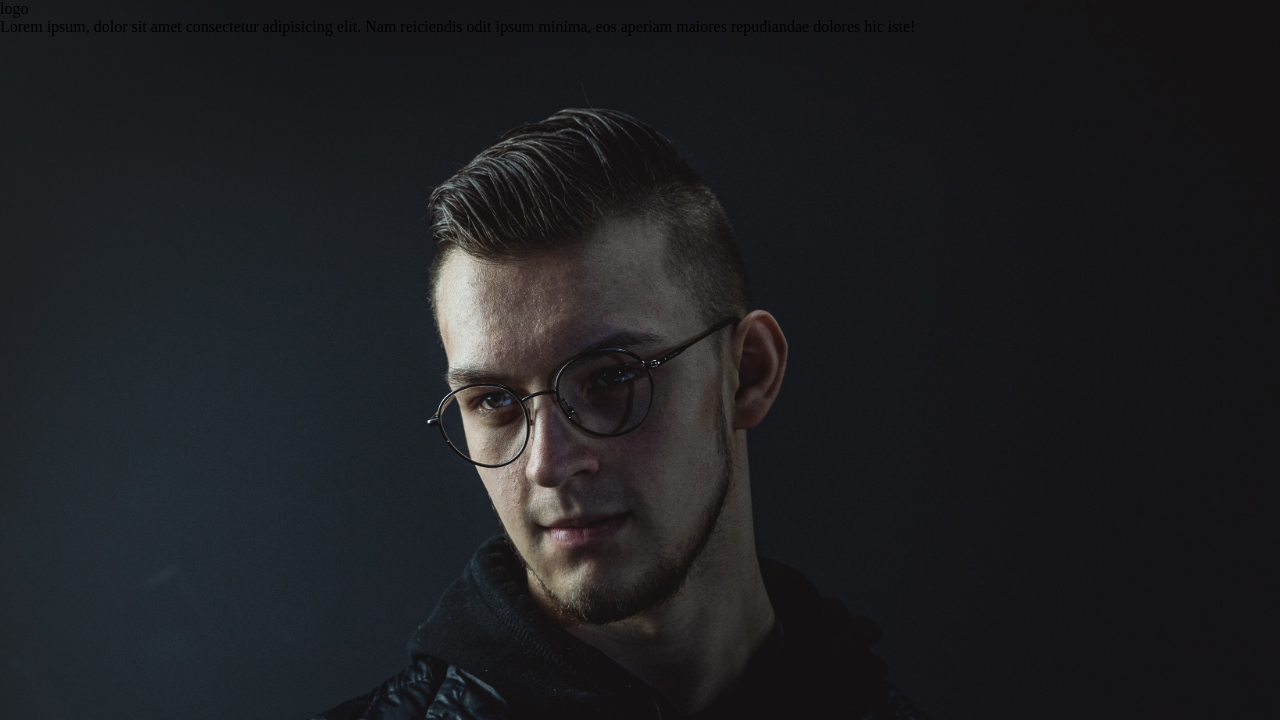
Repository: linco6054/simple-html
Page: index.html
These files come from the project's save history. The page is drawn as it stood at one moment and after the next save; the edit follows.
The browser window is 1280 px wide. The pictures show the whole page.

Above is the page before, as saved 2021-08-16 15:33:36.

### index.html
<!DOCTYPE html>
<html lang="en">
  <head>
    <meta charset="UTF-8" />
    <meta http-equiv="X-UA-Compatible" content="IE=edge" />
    <meta name="viewport" content="width=device-width, initial-scale=1.0" />
    <link rel="stylesheet" href="style.css" />
    <title>Lincoln</title>
  </head>
  <body>
    <section class="sec1">
      <nav>
        <span>logo</span>
        <ul></ul>
      </nav>
      <p>
        Lorem ipsum, dolor sit amet consectetur adipisicing elit. Nam reiciendis
        odit ipsum minima, eos aperiam maiores <span>repudiandae</span> dolores
        hic iste!
      </p>
    </section>
  </body>
</html>

### style.css
* {
  margin: 0;
  padding: 0;
}
body {
  max-width: 100%;
  height: auto;
  overflow: hidden;
}
section {
  height: 100vh;
  width: 100%;
  overflow: hidden;
}
/* ================================Sectiion 1================================== */
.sec1 {
  background-image: url("./images/bg.jpg");
  background-size: cover;
  background-repeat: no-repeat;
}

After the next save:
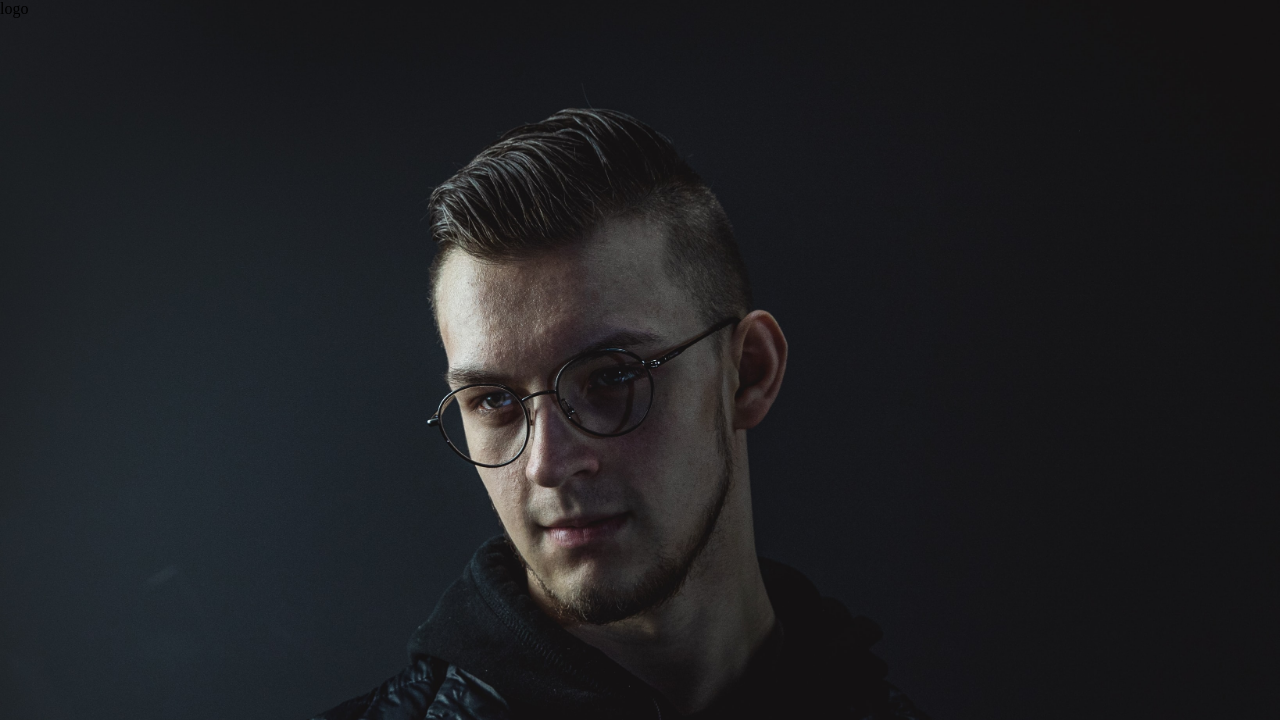
Saved 13 s later.
--- a/index.html
+++ b/index.html
@@ -13,11 +13,7 @@
         <span>logo</span>
         <ul></ul>
       </nav>
-      <p>
-        Lorem ipsum, dolor sit amet consectetur adipisicing elit. Nam reiciendis
-        odit ipsum minima, eos aperiam maiores <span>repudiandae</span> dolores
-        hic iste!
-      </p>
+
     </section>
   </body>
 </html>
